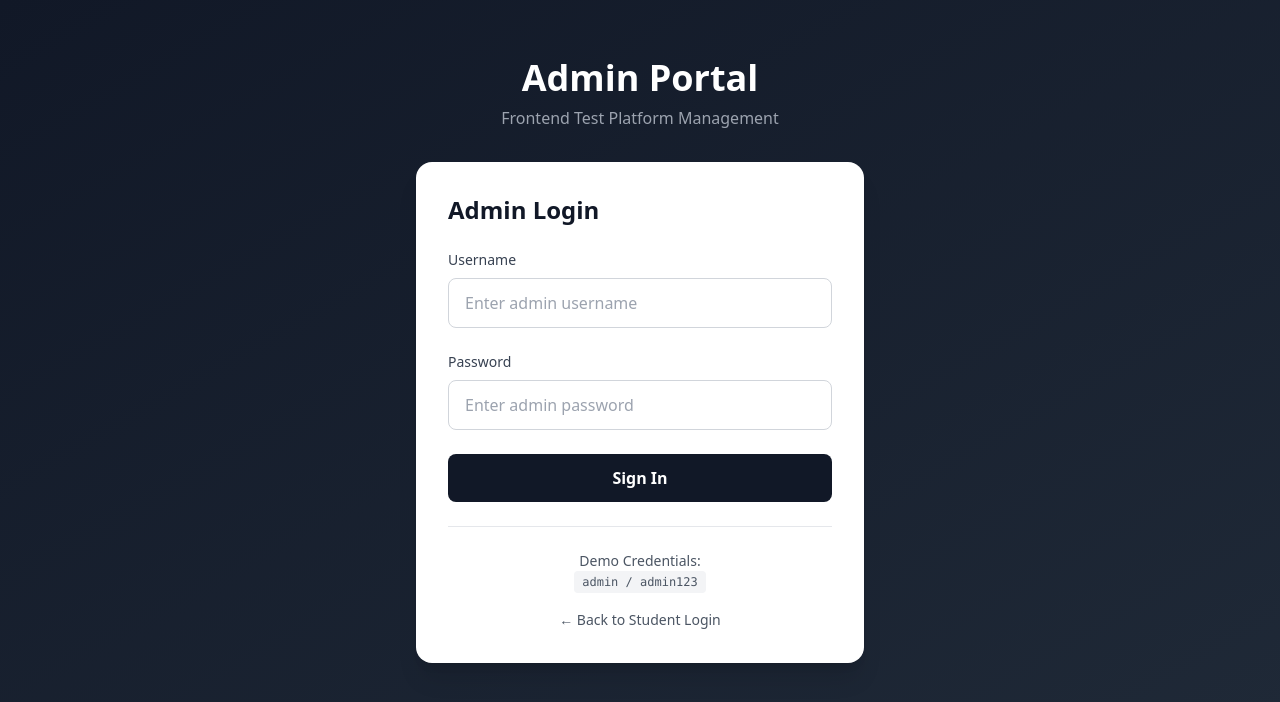
Repository: Gokul-bit165/Frontend-Test-Portal
Page: /admin/dashboard (app in frontend-test-portal/frontend/)
An editor plug-in stored every save of this project. The page is shown before and after the next save, followed by the edit.
The browser window is 1280 px wide. The pictures show the whole page.
The project was rebuilt for these pictures with package versions that can differ from the ones it lists, and the page was loaded fresh each time. Also part of the build but not shown: frontend-test-portal/frontend/vite.config.js, frontend-test-portal/frontend/src/services/api.js, frontend-test-portal/frontend/src/pages/CoursesHome.jsx, frontend-test-portal/frontend/src/pages/CourseDetail.jsx, frontend-test-portal/frontend/src/pages/LevelPage.jsx, frontend-test-portal/frontend/src/components/CodeEditor.jsx, frontend-test-portal/frontend/src/components/PreviewFrame.jsx, frontend-test-portal/frontend/src/components/ResultsPanel.jsx and 16 more.

Above is the page before, as saved 2025-11-11 13:36:18.

### frontend-test-portal/frontend/index.html
<!doctype html>
<html lang="en">
  <head>
    <meta charset="UTF-8" />
    <link rel="icon" type="image/svg+xml" href="/vite.svg" />
    <meta name="viewport" content="width=device-width, initial-scale=1.0" />
    <title>Frontend Test Portal</title>
  </head>
  <body>
    <div id="root"></div>
    <script type="module" src="/src/main.jsx"></script>
  </body>
</html>

### frontend-test-portal/frontend/src/App.jsx
import { BrowserRouter as Router, Routes, Route, Navigate } from 'react-router-dom';
import { useState, useEffect } from 'react';
import CoursesHome from './pages/CoursesHome';
import CourseDetail from './pages/CourseDetail';
import LevelPage from './pages/LevelPage';
import LevelChallenge from './pages/LevelChallenge';
import LevelChallengeNew from './pages/LevelChallengeNew';
import LevelChallengeOld from './pages/LevelChallengeOld';
import LevelChallengeTest from './pages/LevelChallengeTest';
import LevelResults from './pages/LevelResults';
import CandidateDashboard from './pages/CandidateDashboard';
import ChallengeView from './pages/ChallengeView';
import Login from './pages/Login';
import AdminDashboard from './pages/AdminDashboardNew';
import CourseManager from './pages/CourseManager';
import UserManagement from './pages/UserManagement';
import ProtectedRoute from './components/ProtectedRoute';

function App() {
  const [isAdmin, setIsAdmin] = useState(false);

  useEffect(() => {
    // Check if admin is logged in
    const token = localStorage.getItem('adminToken');
    setIsAdmin(!!token);
  }, []);

  return (
    <Router future={{ v7_startTransition: true, v7_relativeSplatPath: true }}>
      <div className="min-h-screen bg-gray-50">
        <Routes>
          {/* Public Routes - Only Login Pages */}
          <Route path="/login" element={<Login />} />
          <Route
            path="/admin/login"
            element={<Login isAdmin={true} onLogin={() => setIsAdmin(true)} />}
          />

          {/* Protected Student Routes - Require Login */}
          <Route path="/" element={<ProtectedRoute><CoursesHome /></ProtectedRoute>} />
          <Route path="/course/:courseId" element={<ProtectedRoute><CourseDetail /></ProtectedRoute>} />
          <Route path="/course/:courseId/level/:level" element={<ProtectedRoute><LevelPage /></ProtectedRoute>} />
          <Route path="/level/:courseId/:level" element={<ProtectedRoute><LevelChallengeOld /></ProtectedRoute>} />
          <Route path="/level-results/:courseId/:level" element={<ProtectedRoute><LevelResults /></ProtectedRoute>} />
          <Route path="/old-challenges" element={<ProtectedRoute><CandidateDashboard /></ProtectedRoute>} />
          <Route path="/challenge/:id" element={<ProtectedRoute><ChallengeView /></ProtectedRoute>} />

          {/* Admin Routes - Require Admin Login */}
          <Route
            path="/admin/dashboard"
            element={isAdmin ? <AdminDashboard /> : <Navigate to="/admin/login" />}
          />
          <Route
            path="/admin/courses"
            element={isAdmin ? <CourseManager /> : <Navigate to="/admin/login" />}
          />
          <Route
            path="/admin/users"
            element={isAdmin ? <UserManagement /> : <Navigate to="/admin/login" />}
          />

          {/* Fallback - Redirect to login */}
          <Route path="*" element={<Navigate to="/login" />} />
        </Routes>
      </div>
    </Router>
  );
}

export default App;

### frontend-test-portal/frontend/src/styles/index.css
@tailwind base;
@tailwind components;
@tailwind utilities;

@layer base {
  body {
    @apply bg-gray-50 text-gray-900;
  }
}

@layer components {
  .btn-primary {
    @apply bg-blue-600 hover:bg-blue-700 text-white font-semibold py-2 px-4 rounded-lg transition-colors duration-200;
  }

  .btn-secondary {
    @apply bg-gray-600 hover:bg-gray-700 text-white font-semibold py-2 px-4 rounded-lg transition-colors duration-200;
  }

  .btn-success {
    @apply bg-green-600 hover:bg-green-700 text-white font-semibold py-2 px-4 rounded-lg transition-colors duration-200;
  }

  .card {
    @apply bg-white rounded-lg shadow-md p-6;
  }

  .input {
    @apply w-full px-4 py-2 border border-gray-300 rounded-lg focus:ring-2 focus:ring-blue-500 focus:border-transparent outline-none;
  }

  .badge {
    @apply inline-block px-3 py-1 text-sm font-semibold rounded-full;
  }

  .badge-easy {
    @apply bg-green-100 text-green-800;
  }

  .badge-medium {
    @apply bg-yellow-100 text-yellow-800;
  }

  .badge-hard {
    @apply bg-red-100 text-red-800;
  }

  .animate-slide-in {
    animation: slideIn 0.3s ease-out;
  }

  @keyframes slideIn {
    from {
      transform: translateX(400px);
      opacity: 0;
    }
    to {
      transform: translateX(0);
      opacity: 1;
    }
  }
}

### frontend-test-portal/frontend/src/pages/Login.jsx
import { useState } from "react";
import { useNavigate } from "react-router-dom";
import axios from "axios";

export default function Login({ isAdmin = false, onLogin }) {
  const navigate = useNavigate();
  const [credentials, setCredentials] = useState({
    username: "",
    password: "",
  });
  const [error, setError] = useState("");
  const [loading, setLoading] = useState(false);

  const handleSubmit = async () => {
    // Validation
    if (!credentials.username || !credentials.password) {
      setError("Please enter both username and password");
      return;
    }

    setError("");
    setLoading(true);

    try {
      const adminEndpoint = "http://localhost:5000/api/auth/admin/login";
      const userEndpoint = "http://localhost:5000/api/auth/login";
      const endpoints = isAdmin
        ? [adminEndpoint, userEndpoint]
        : [userEndpoint, adminEndpoint];
      let response;

      console.log("Is Admin:", isAdmin);

      for (let i = 0; i < endpoints.length; i += 1) {
        const url = endpoints[i];
        const isLastAttempt = i === endpoints.length - 1;

        console.log("Attempting login to:", url);

        try {
          response = await axios.post(url, credentials);
          break;
        } catch (err) {
          const isAuthError = err.response?.status === 401;
          if (!isAuthError || isLastAttempt) {
            throw err;
          }
          console.warn("Login attempt failed on:", url, err.response?.data);
        }
      }

      if (!response) {
        setError("Login failed. Please try again.");
        return;
      }

      const { user, token } = response.data || {};
      const role = user?.role;
      const normalizedRole = typeof role === "string" ? role.toLowerCase() : "";

      console.log("Login response:", response.data);
      console.log("Resolved role:", role);

      if (!user || !token || !normalizedRole) {
        setError("Invalid response from server. Please try again.");
        return;
      }

      localStorage.setItem("userRole", normalizedRole);

      if (normalizedRole === "admin") {
        localStorage.setItem("adminToken", token);
        localStorage.setItem("adminUser", JSON.stringify(user));
        localStorage.setItem("userToken", token);
        localStorage.setItem("userId", user.id);
        localStorage.setItem("username", user.username);

        console.log("Admin token stored, calling onLogin");

        if (onLogin) {
          onLogin({ role: normalizedRole, user, token });
        }

        setTimeout(() => {
          navigate("/admin/dashboard", { replace: true });
        }, 100);
        return;
      }

      localStorage.setItem("userId", user.id);
      localStorage.setItem("username", user.username);
      localStorage.setItem("userToken", token);

      console.log("User token stored");

      navigate("/");
    } catch (err) {
      console.error("Login error:", err);
      console.error("Error response:", err.response);

      if (err.response) {
        // Server responded with error
        setError(
          err.response.data?.error ||
            err.response.data?.message ||
            "Login failed. Please try again."
        );
      } else if (err.request) {
        // Request made but no response
        setError(
          "Cannot connect to server. Please check if the backend is running."
        );
      } else {
        // Something else happened
        setError("An unexpected error occurred. Please try again.");
      }
    } finally {
      setLoading(false);
    }
  };

  const handleKeyPress = (e) => {
    if (e.key === "Enter") {
      handleSubmit();
    }
  };

  return (
    <div
      className={`min-h-screen flex items-center justify-center p-4 ${
        isAdmin
          ? "bg-gradient-to-br from-gray-900 to-gray-800"
          : "bg-gradient-to-br from-blue-50 to-indigo-100"
      }`}
    >
      <div className="max-w-md w-full">
        {/* Logo/Header */}
        <div className="text-center mb-8">
          <h1
            className={`text-4xl font-bold mb-2 ${
              isAdmin ? "text-white" : "text-gray-900"
            }`}
          >
            {isAdmin ? "Admin Portal" : "Frontend Test Portal"}
          </h1>
          <p className={isAdmin ? "text-gray-400" : "text-gray-600"}>
            {isAdmin
              ? "Frontend Test Platform Management"
              : "Sign in to continue learning"}
          </p>
        </div>

        <div className="bg-white rounded-2xl shadow-xl p-8">
          <h2 className="text-2xl font-bold text-gray-900 mb-6">
            {isAdmin ? "Admin Login" : "Student Login"}
          </h2>

          {error && (
            <div className="mb-4 p-4 bg-red-50 border border-red-200 rounded-lg">
              <p className="text-red-800 text-sm">{error}</p>
            </div>
          )}

          <div className="space-y-6">
            <div>
              <label className="block text-sm font-medium text-gray-700 mb-2">
                Username
              </label>
              <input
                type="text"
                value={credentials.username}
                onChange={(e) =>
                  setCredentials({ ...credentials, username: e.target.value })
                }
                onKeyPress={handleKeyPress}
                className={`w-full px-4 py-3 border border-gray-300 rounded-lg focus:ring-2 focus:border-transparent transition-all outline-none ${
                  isAdmin ? "focus:ring-gray-500" : "focus:ring-indigo-500"
                }`}
                placeholder={
                  isAdmin ? "Enter admin username" : "Enter your username"
                }
                autoComplete="username"
              />
            </div>
            <div>
              <label className="block text-sm font-medium text-gray-700 mb-2">
                Password
              </label>
              <input
                type="password"
                value={credentials.password}
                onChange={(e) =>
                  setCredentials({ ...credentials, password: e.target.value })
                }
                onKeyPress={handleKeyPress}
                className={`w-full px-4 py-3 border border-gray-300 rounded-lg focus:ring-2 focus:border-transparent transition-all outline-none ${
                  isAdmin ? "focus:ring-gray-500" : "focus:ring-indigo-500"
                }`}
                placeholder={
                  isAdmin ? "Enter admin password" : "Enter your password"
                }
                autoComplete="current-password"
              />
            </div>
            <button
              onClick={handleSubmit}
              disabled={loading}
              className={`w-full py-3 text-white font-semibold rounded-lg transition-colors disabled:opacity-50 disabled:cursor-not-allowed ${
                isAdmin
                  ? "bg-gray-900 hover:bg-gray-800"
                  : "bg-indigo-600 hover:bg-indigo-700"
              }`}
            >
              {loading ? "Signing in..." : "Sign In"}
            </button>
          </div>
          {isAdmin && (
            <div className="mt-6 pt-6 border-t border-gray-200">
              <p className="text-sm text-gray-600 text-center">
                Demo Credentials:
                <br />
                <span className="font-mono bg-gray-100 px-2 py-1 rounded text-xs">
                  admin / admin123
                </span>
              </p>
            </div>
          )}
          <div
            className={`text-center ${
              isAdmin ? "mt-4" : "mt-6 pt-6 border-t border-gray-200"
            }`}
          >
            <button
              onClick={() => navigate(isAdmin ? "/login" : "/admin/login")}
              className={`text-sm font-medium transition-colors ${
                isAdmin
                  ? "text-gray-600 hover:text-gray-900"
                  : "text-indigo-600 hover:text-indigo-700"
              }`}
            >
              {isAdmin ? "← Back to Student Login" : "Admin Login →"}
            </button>
          </div>
        </div>

        {/* Help Text (Student Only) */}
        {!isAdmin && (
          <div className="mt-6 text-center">
            <p className="text-sm text-gray-600">
              Don't have an account? Contact your administrator
            </p>
          </div>
        )}
      </div>
    </div>
  );
}

### frontend-test-portal/frontend/tailwind.config.js
/** @type {import('tailwindcss').Config} */
export default {
  content: [
    "./index.html",
    "./src/**/*.{js,ts,jsx,tsx}",
  ],
  theme: {
    extend: {
      colors: {
        primary: {
          50: '#f0f9ff',
          100: '#e0f2fe',
          500: '#0ea5e9',
          600: '#0284c7',
          700: '#0369a1',
        }
      }
    },
  },
  plugins: [],
}

Loaded but not shown: frontend-test-portal/frontend/src/main.jsx (common file)

After the next save:
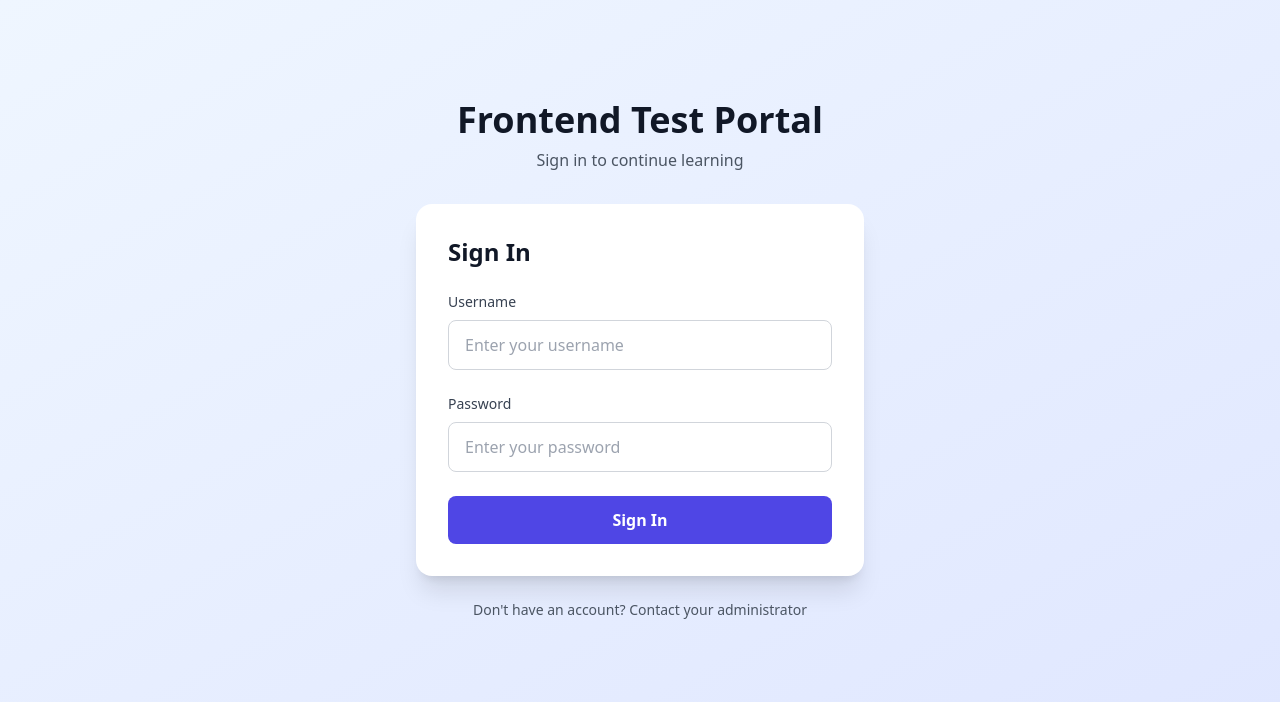
Saved 3 min 30 s later.
--- a/frontend-test-portal/frontend/src/pages/Login.jsx
+++ b/frontend-test-portal/frontend/src/pages/Login.jsx
@@ -126,34 +126,18 @@ export default function Login({ isAdmin = false, onLogin }) {
   };
 
   return (
-    <div
-      className={`min-h-screen flex items-center justify-center p-4 ${
-        isAdmin
-          ? "bg-gradient-to-br from-gray-900 to-gray-800"
-          : "bg-gradient-to-br from-blue-50 to-indigo-100"
-      }`}
-    >
+    <div className="min-h-screen flex items-center justify-center p-4 bg-gradient-to-br from-blue-50 to-indigo-100">
       <div className="max-w-md w-full">
         {/* Logo/Header */}
         <div className="text-center mb-8">
-          <h1
-            className={`text-4xl font-bold mb-2 ${
-              isAdmin ? "text-white" : "text-gray-900"
-            }`}
-          >
-            {isAdmin ? "Admin Portal" : "Frontend Test Portal"}
+          <h1 className="text-4xl font-bold mb-2 text-gray-900">
+            Frontend Test Portal
           </h1>
-          <p className={isAdmin ? "text-gray-400" : "text-gray-600"}>
-            {isAdmin
-              ? "Frontend Test Platform Management"
-              : "Sign in to continue learning"}
-          </p>
+          <p className="text-gray-600">Sign in to continue learning</p>
         </div>
 
         <div className="bg-white rounded-2xl shadow-xl p-8">
-          <h2 className="text-2xl font-bold text-gray-900 mb-6">
-            {isAdmin ? "Admin Login" : "Student Login"}
-          </h2>
+          <h2 className="text-2xl font-bold text-gray-900 mb-6">Sign In</h2>
 
           {error && (
             <div className="mb-4 p-4 bg-red-50 border border-red-200 rounded-lg">
@@ -173,15 +157,12 @@ export default function Login({ isAdmin = false, onLogin }) {
                   setCredentials({ ...credentials, username: e.target.value })
                 }
                 onKeyPress={handleKeyPress}
-                className={`w-full px-4 py-3 border border-gray-300 rounded-lg focus:ring-2 focus:border-transparent transition-all outline-none ${
-                  isAdmin ? "focus:ring-gray-500" : "focus:ring-indigo-500"
-                }`}
-                placeholder={
-                  isAdmin ? "Enter admin username" : "Enter your username"
-                }
+                className="w-full px-4 py-3 border border-gray-300 rounded-lg focus:ring-2 focus:border-transparent transition-all outline-none focus:ring-indigo-500"
+                placeholder="Enter your username"
                 autoComplete="username"
               />
             </div>
+
             <div>
               <label className="block text-sm font-medium text-gray-700 mb-2">
                 Password
@@ -193,64 +174,27 @@ export default function Login({ isAdmin = false, onLogin }) {
                   setCredentials({ ...credentials, password: e.target.value })
                 }
                 onKeyPress={handleKeyPress}
-                className={`w-full px-4 py-3 border border-gray-300 rounded-lg focus:ring-2 focus:border-transparent transition-all outline-none ${
-                  isAdmin ? "focus:ring-gray-500" : "focus:ring-indigo-500"
-                }`}
-                placeholder={
-                  isAdmin ? "Enter admin password" : "Enter your password"
-                }
+                className="w-full px-4 py-3 border border-gray-300 rounded-lg focus:ring-2 focus:border-transparent transition-all outline-none focus:ring-indigo-500"
+                placeholder="Enter your password"
                 autoComplete="current-password"
               />
             </div>
+
             <button
               onClick={handleSubmit}
               disabled={loading}
-              className={`w-full py-3 text-white font-semibold rounded-lg transition-colors disabled:opacity-50 disabled:cursor-not-allowed ${
-                isAdmin
-                  ? "bg-gray-900 hover:bg-gray-800"
-                  : "bg-indigo-600 hover:bg-indigo-700"
-              }`}
+              className="w-full py-3 text-white font-semibold rounded-lg transition-colors disabled:opacity-50 disabled:cursor-not-allowed bg-indigo-600 hover:bg-indigo-700"
             >
               {loading ? "Signing in..." : "Sign In"}
             </button>
           </div>
-          {isAdmin && (
-            <div className="mt-6 pt-6 border-t border-gray-200">
-              <p className="text-sm text-gray-600 text-center">
-                Demo Credentials:
-                <br />
-                <span className="font-mono bg-gray-100 px-2 py-1 rounded text-xs">
-                  admin / admin123
-                </span>
-              </p>
-            </div>
-          )}
-          <div
-            className={`text-center ${
-              isAdmin ? "mt-4" : "mt-6 pt-6 border-t border-gray-200"
-            }`}
-          >
-            <button
-              onClick={() => navigate(isAdmin ? "/login" : "/admin/login")}
-              className={`text-sm font-medium transition-colors ${
-                isAdmin
-                  ? "text-gray-600 hover:text-gray-900"
-                  : "text-indigo-600 hover:text-indigo-700"
-              }`}
-            >
-              {isAdmin ? "← Back to Student Login" : "Admin Login →"}
-            </button>
-          </div>
         </div>
 
-        {/* Help Text (Student Only) */}
-        {!isAdmin && (
-          <div className="mt-6 text-center">
-            <p className="text-sm text-gray-600">
-              Don't have an account? Contact your administrator
-            </p>
-          </div>
-        )}
+        <div className="mt-6 text-center">
+          <p className="text-sm text-gray-600">
+            Don't have an account? Contact your administrator
+          </p>
+        </div>
       </div>
     </div>
   );
